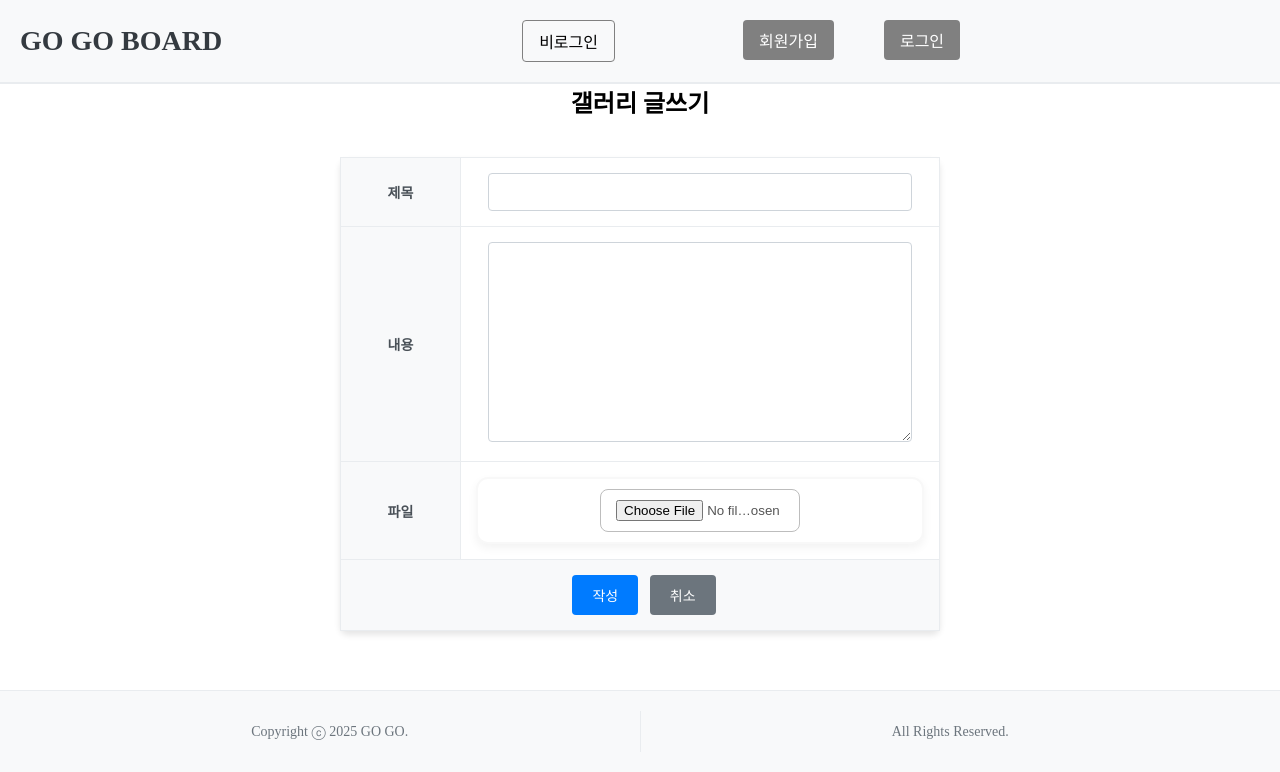
Repository: 1plus1equals3-true/Board-Project
Page: http://localhost/jsp/board/write_gallery.jsp
The author's editor kept a copy of each file at every save. The page is drawn from the files as they stood at one save, then again after the next save.
The browser window is 1280 px wide. The pictures show the whole page.
The page is served by Tomcat 9.

Above is the page before, as saved 2025-09-23 06:05:05.

After the next save:
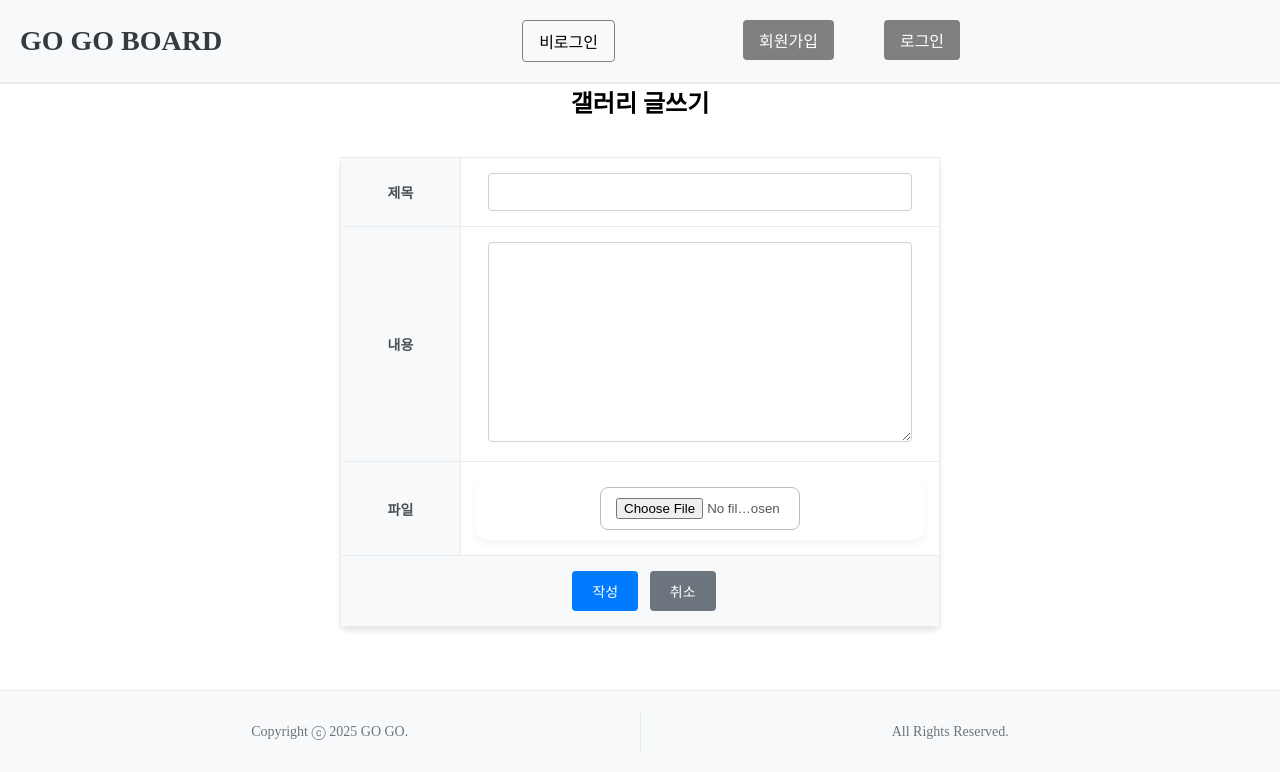
Saved 10 s later.
--- a/jsp/src/main/webapp/board/write_gallery.jsp
+++ b/jsp/src/main/webapp/board/write_gallery.jsp
@@ -100,7 +100,6 @@
 
   /* 나머지 디자인 스타일은 그대로 유지 */
   padding: 10px;
-  border: 2px solid #F8F8F8;
   border-radius: 12px;
   background-color: white;
   box-shadow: 0 4px 10px rgba(0, 0, 0, 0.05);

After the save that followed:
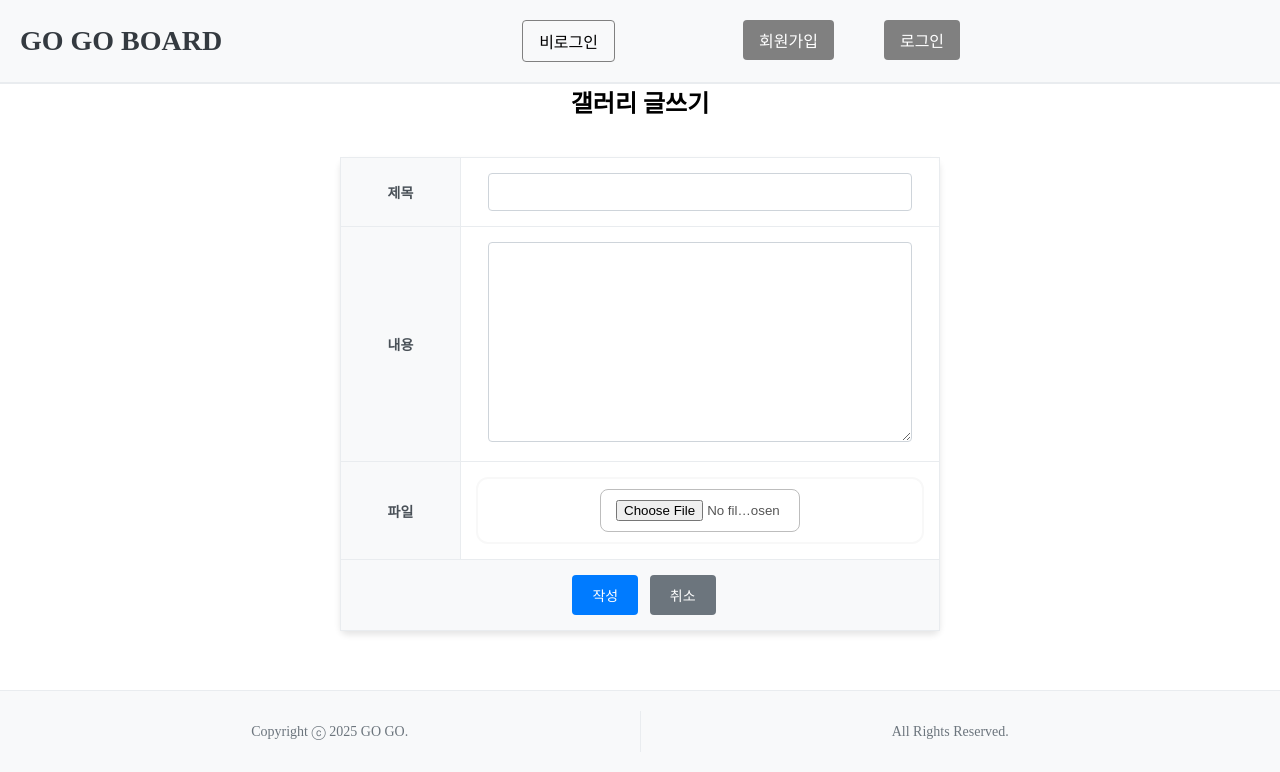
Saved 9 s later.
--- a/jsp/src/main/webapp/board/write_gallery.jsp
+++ b/jsp/src/main/webapp/board/write_gallery.jsp
@@ -100,9 +100,9 @@
 
   /* 나머지 디자인 스타일은 그대로 유지 */
   padding: 10px;
+  border: 2px solid #F8F8F8;
   border-radius: 12px;
   background-color: white;
-  box-shadow: 0 4px 10px rgba(0, 0, 0, 0.05);
 }
 
 /* 파일 입력 필드 스타일 */
